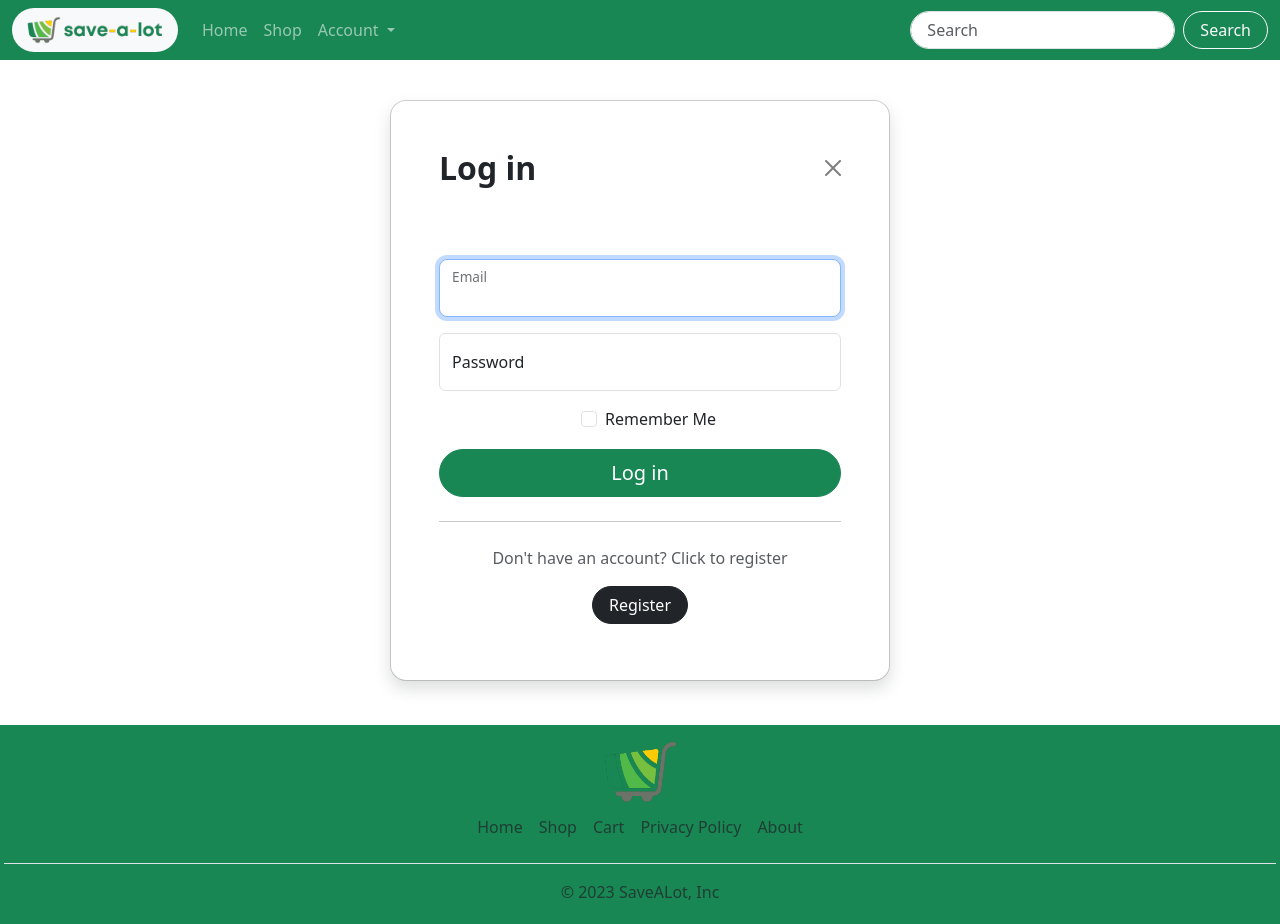
Repository: bill071194/savealot
Page: http://localhost/login
The author's editor kept a record of every edit. The page is drawn from the files as they stood at one moment, then again after the next edit.
The browser window is 1280 px wide. The pictures show the whole page.
The page is served by the project's Laravel application, run on PHP 8.4 with Laravel 10.

Above is the page before.

After the next edit:
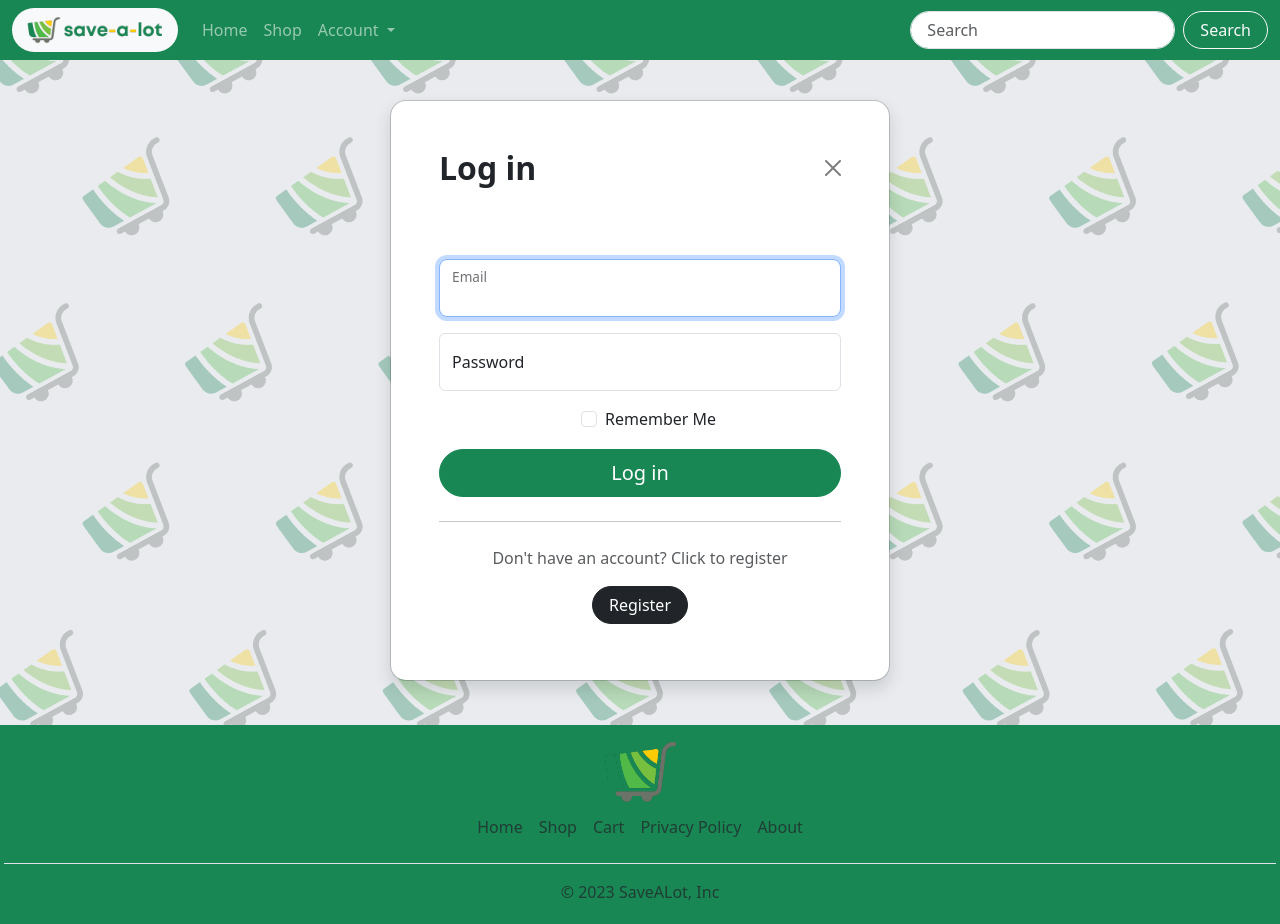
The edit:
--- a/savealot/resources/views/layouts/base.blade.php
+++ b/savealot/resources/views/layouts/base.blade.php
@@ -10,8 +10,13 @@
 	<link rel="stylesheet" href="bootstrap.css">
 	<!-- <link rel="stylesheet" href="https://cdn.jsdelivr.net/npm/bootstrap-icons@1.10.3/font/bootstrap-icons.css"> -->
 	<script src="https://cdn.jsdelivr.net/npm/bootstrap@5.3.0-alpha1/dist/js/bootstrap.bundle.min.js"></script>
+	<style>
+	    body {
+            background-image: url(pics/carousel_bg.png);
+        }
+	</style>
 </head>
-<body class="min-vh-100 d-flex flex-column">
+<body class="min-vh-100 d-flex flex-column" style="background-image: url(pics/carousel_bg.png);">
 	<nav class="navbar navbar-expand-sm navbar-dark bg-success fixed-top">
 		<div class="container-fluid align-middle">
 			<a class="navbar-brand badge text-bg-light text-success fs-5 rounded-5" href="index">
